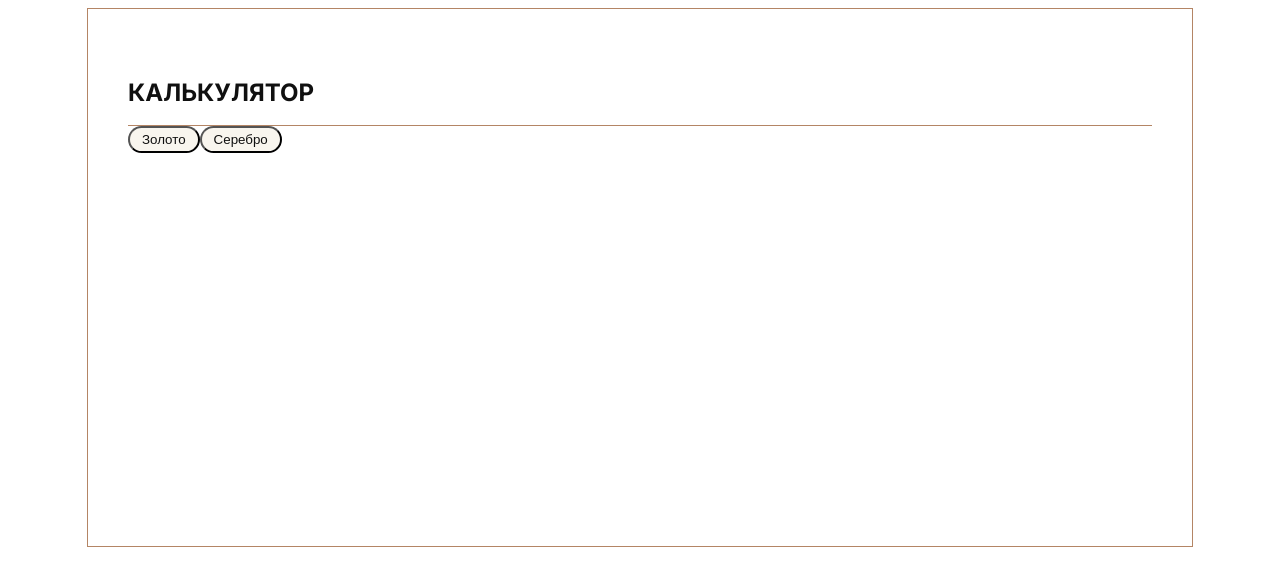
Repository: Kirill2034/Calculator-metal
Page: /
An editor plug-in stored every save of this project. The page is shown before and after the next save, followed by the edit.
The browser window is 1280 px wide. The pictures show the whole page.
The project was rebuilt for these pictures with package versions that can differ from the ones it lists, and the page was loaded fresh each time.

Above is the page before, as saved 2021-11-27 16:32:29.

### public/index.html
<!DOCTYPE html>
<html lang="en">
  <head>
    <meta charset="utf-8" />
    <meta name="viewport" content="width=device-width, initial-scale=1" />

    <link rel="preconnect" href="https://fonts.googleapis.com">
    <link rel="preconnect" href="https://fonts.gstatic.com" crossorigin>
    <link href="https://fonts.googleapis.com/css2?family=Inter:wght@300;400;500;700&display=swap" rel="stylesheet">

    <title>Калькулятор</title>
  </head>
  <body>
    <div id="root"></div>
  </body>
</html>

### src/App.js
import React, { useState } from 'react';
import './App.css';
import {BtnRadio} from './components/BtnRadio';

const metals = [
  {
    id: 1,
    code: "gold",
    title: "Золото",
    finenessList: [
      {id: 1, value: 375, cash: 90, checkingAccount: 100},
      {id: 1, value: 575, cash: 190, checkingAccount: 250}
    ]
  },
  {
    id: 1,
    code: "argent",
    title: "Серебро",
    finenessList: [
      {id: 1, value: 375, cash: 90, checkingAccount: 100},
      {id: 1, value: 575, cash: 190, checkingAccount: 250}
    ]
  },
]

const App = () => {

  const [selectedMetalId, setselectedMetalId] = useState(null);

  const onMetalItemClick = (id) => {
    setselectedMetalId(id);
  };

  return (
    <div className="App">
      <div className="title">
        <h2>Калькулятор</h2>
      </div>
      <div className="calculator">
        {metals.map((metal) => (
          <BtnRadio
            key={metal.id}
            item={metal}
            selected={selectedMetalId === metal.id}
            onClick={onMetalItemClick}
            />
        ))}
      </div>
    </div>
  );
}

export default App;

### src/App.css
.App {width: 1024px; height: 537px; border: 1px solid #B48565; margin: 0 auto; font-family: 'Inter', sans-serif; padding: 0 40px;}
.App .title {border-bottom: 1px solid #B48565; text-transform: uppercase; font-weight: 900; font-size: 16px; line-height: 24px; color: #101010; margin-top: 72px;}

### src/components/BtnRadio/index.js
import BtnRadio from './BtnRadio.js';
export {BtnRadio};

### src/components/BtnRadio/BtnRadio.js
import React from 'react';
import './BtnRadio.css';
import cn from "classnames";

const BtnRadio = ({item, selected, onClick}) => {
    return (
        <button
            className={cn("BtnRadio", {selected})}
            onClick={() => onClick(item.id)}
        >{item.title}</button>
    )
}

export default BtnRadio;

### src/components/BtnRadio/BtnRadio.css
.BtnRadio {width: auto; background: #F8F5EE; border-radius: 100px; padding: 4px 12px; color: #101010};
.BtnRadio.selected {color: #F8F5EE; background: #B48565;}

Loaded but not shown: src/index.js (common file)

After the next save:
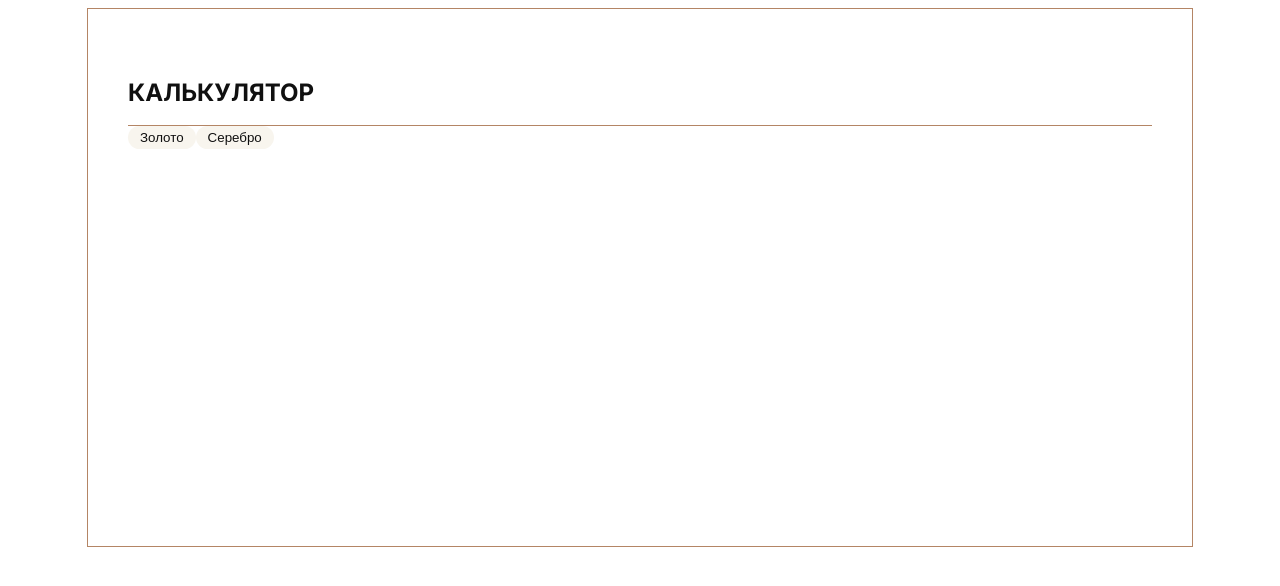
Saved 18 s later.
--- a/src/components/BtnRadio/BtnRadio.css
+++ b/src/components/BtnRadio/BtnRadio.css
@@ -1,2 +1,2 @@
-.BtnRadio {width: auto; background: #F8F5EE; border-radius: 100px; padding: 4px 12px; color: #101010};
+.BtnRadio {border: none; box-shadow: none; outline: none; background: #F8F5EE; border-radius: 100px; padding: 4px 12px; color: #101010};
 .BtnRadio.selected {color: #F8F5EE; background: #B48565;}
